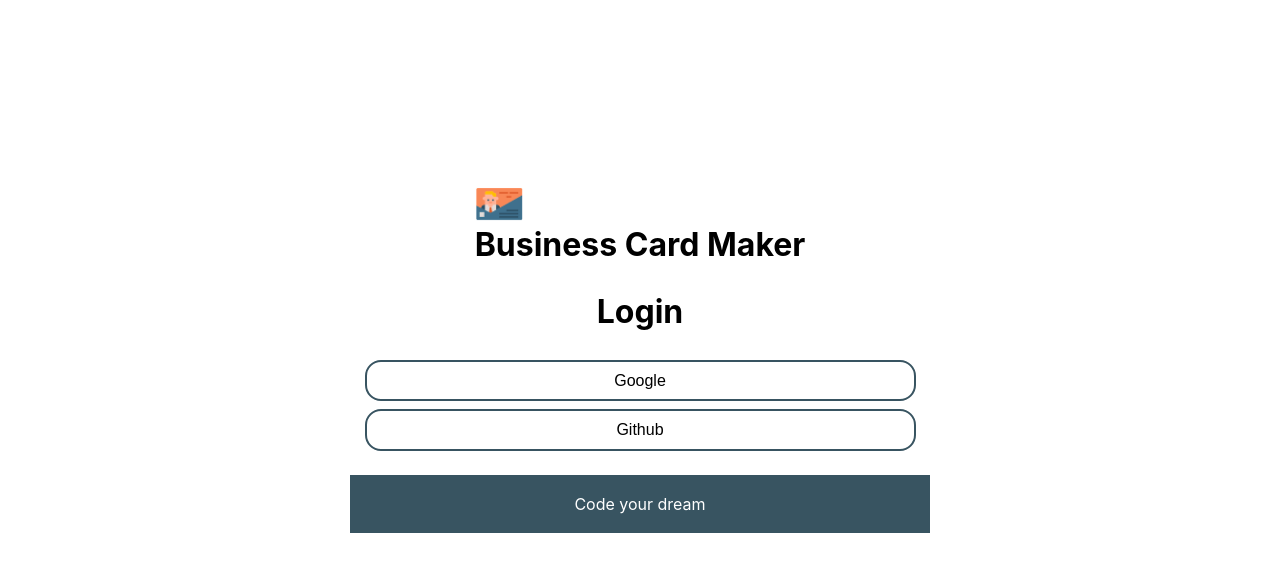
Repository: keehoonjung/Card_Maker
Page: /main
The author's editor kept a copy of each file at every save. The page is drawn from the files as they stood at one save, then again after the next save.
The browser window is 1280 px wide. The pictures show the whole page.
The page's requests for data from a server got no answer. The project was rebuilt for these pictures with package versions that can differ from the ones it lists, and the page was loaded fresh each time. No one was signed in, and anything a server would have sent is missing.

Above is the page before, as saved 2021-09-08 14:42:07.

After the next save:
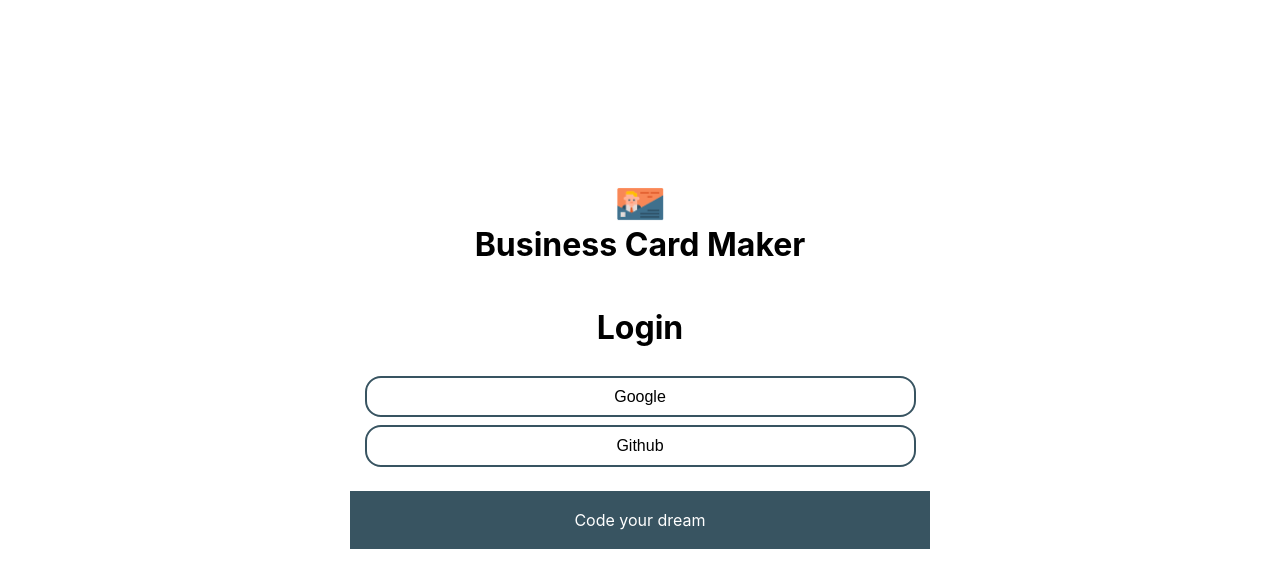
Saved 10 s later.
--- a/src/components/header/header.module.css
+++ b/src/components/header/header.module.css
@@ -1,4 +1,4 @@
-  @value {makerGreen,makerWhite} from "/src/common/colors.css";
+@value makerGreen,makerWhite from "/src/common/colors.css";
 
 .head {
   width: 100%;
